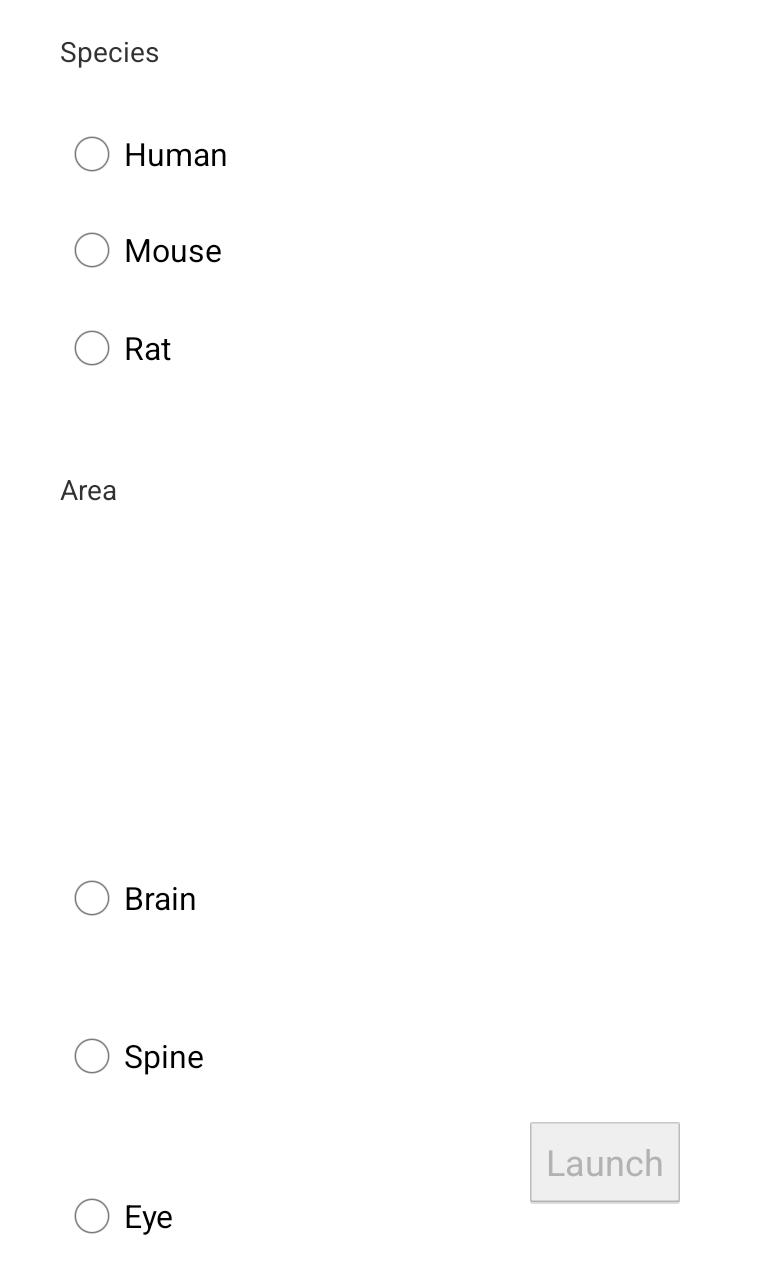
Repository: Ekarg/CSCE315Project3
Layout: Project3/res/layout/activity_main.xml
An editor plug-in stored every save of this project. The layout is shown before and after the next save, followed by the edit.
It is drawn on a 768 x 1280 px phone screen (xhdpi) without system bars, with theme AppTheme; the app's code is not run.

Above is the layout before, as saved 2013-11-20 21:46:50.

After the next save:
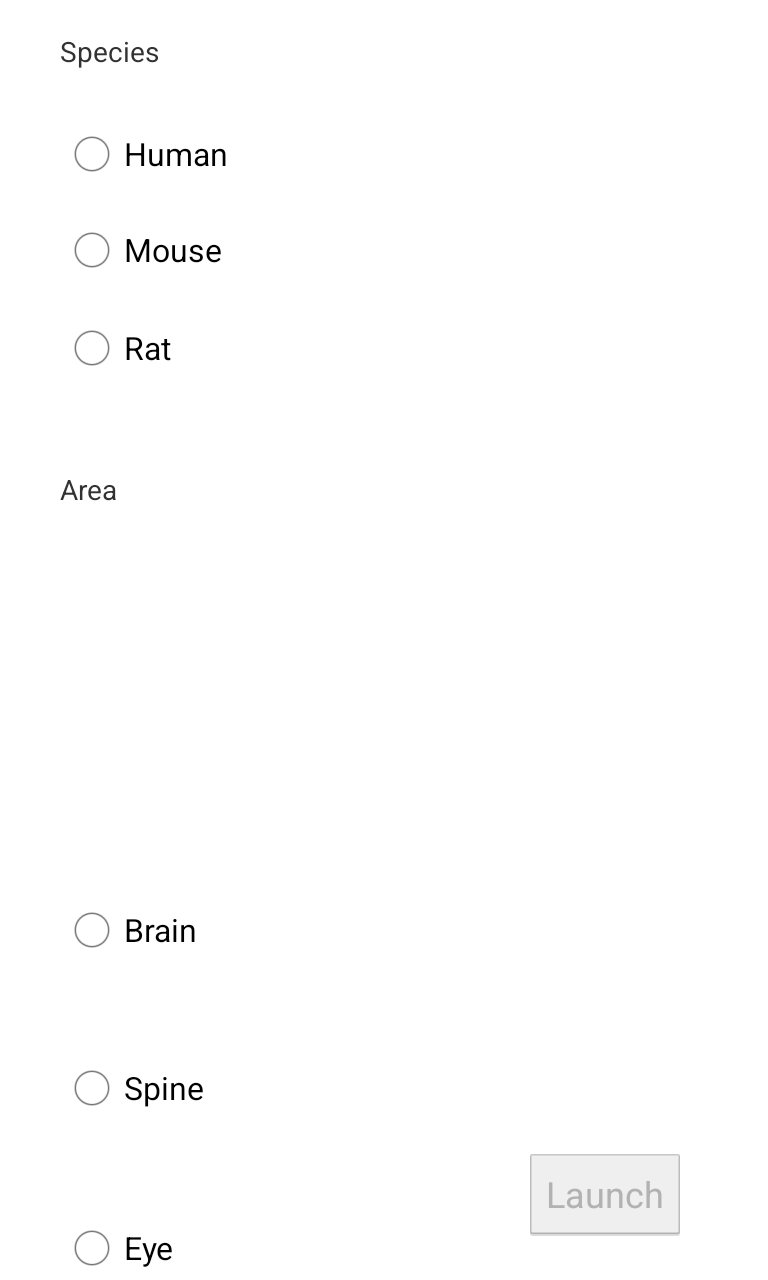
Saved 6 min 21 s later.
--- a/Project3/res/layout/activity_main.xml
+++ b/Project3/res/layout/activity_main.xml
@@ -2,7 +2,7 @@
     xmlns:tools="http://schemas.android.com/tools"
     android:layout_width="match_parent"
     android:layout_height="match_parent"
-    android:paddingBottom="@dimen/activity_vertical_margin"
+    android:paddingBottom=""
     android:paddingLeft="@dimen/activity_horizontal_margin"
     android:paddingRight="@dimen/activity_horizontal_margin"
     android:paddingTop="@dimen/activity_vertical_margin"
